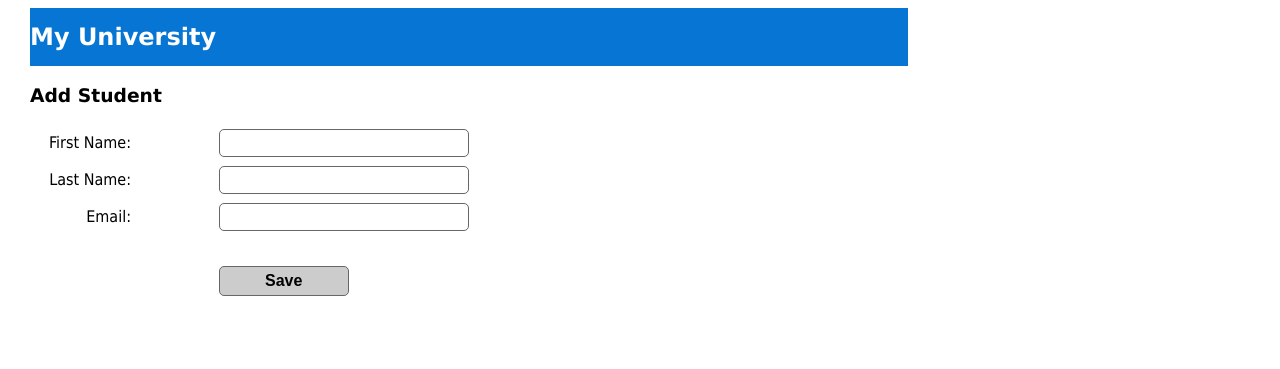
Repository: linhphan98/JavaDatabase
Page: http://localhost/web-student-tracker/add-student-form.jsp
These files come from the project's save history. The page is drawn as it stood at one moment and after the next save; the edit follows.
The browser window is 1280 px wide. The pictures show the whole page.
The page is served by Tomcat 9. Nobody is signed in. The application's start-up code is not run.

Above is the page before, as saved 2020-01-20 17:43:26.

After the next save:
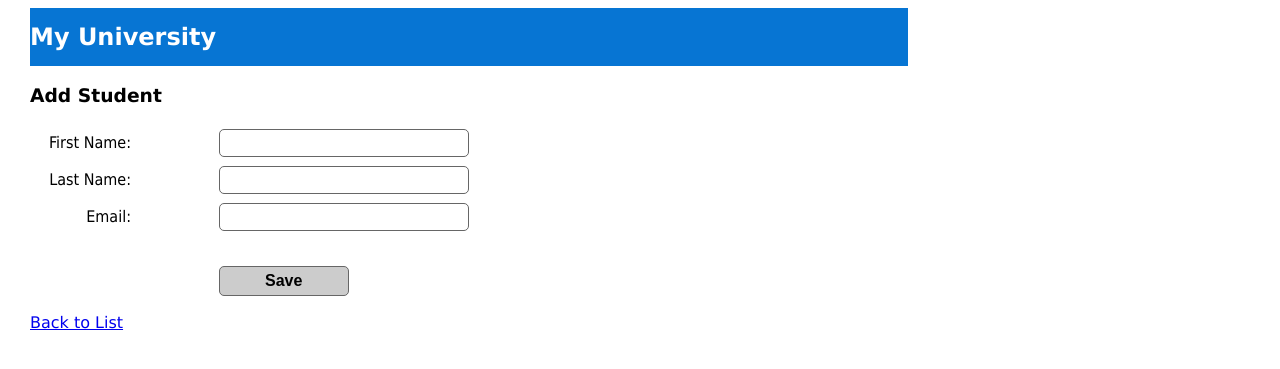
Saved 105 s later.
--- a/web-student-tracker/WebContent/add-student-form.jsp
+++ b/web-student-tracker/WebContent/add-student-form.jsp
@@ -45,6 +45,12 @@
 					</tbody>
 				</table>
 			</form>
+
+			<div style="clear: both;"></div>
+
+			<p>
+				<a href="StudentControllerServ">Back to List</a>
+			</p>
 		</div>
 	</body>
 </html>
